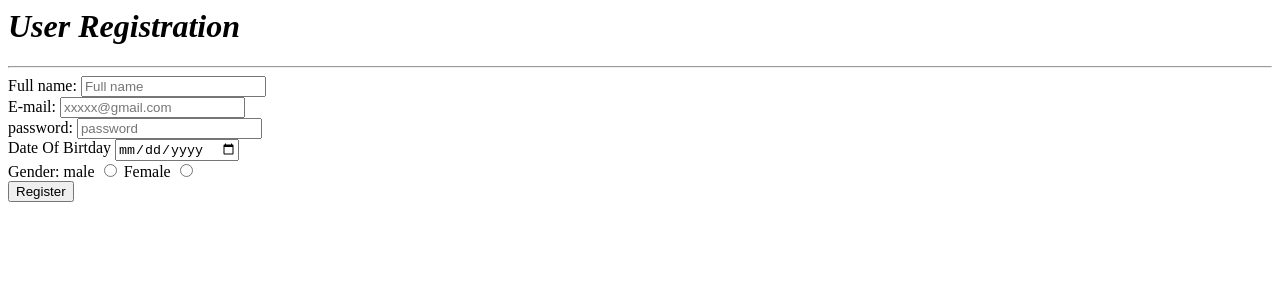
Repository: OrusuRatnamala/JAVA
Page: http://localhost/TrainWeb/registration.jsp
An editor plug-in stored every save of this project. The page is shown before and after the next save, followed by the edit.
The browser window is 1280 px wide. The pictures show the whole page.
The page is served by Tomcat 9. Other server files are loaded and not shown.

Above is the page before, as saved 2023-10-11 02:36:20.

### springdao/TrainWeb/src/main/webapp/registration.jsp
<html>
<head>
<title>Insert title here</title>
</head>
<body>
	<h1 class="title">
		<i>User Registration </i>
	</h1>
	<hr>
	<form method="post" action="register">
		<label class="1">Full name:</label> <input type="text"
			placeholder="Full name"> <br> <label>E-mail:</label> <input
			type="text" placeholder="xxxxx@gmail.com" id="Eid"> <br>
		<label>password:</label> <input type="password" name="password"
			placeholder="password"> <br> <label for="Birtday">Date
			Of Birtday</label> <input type="date" id="Birtday" value="Birtday"> <br>
		<label>Gender:</label> <label>male</label> <input type="radio"
			name="gender" id="male"> <label>Female</label> <input
			type="radio" name="gender" id="female"> <br> <input
			type="submit" name="button" value="Register"> <br>
	</form>
</body>
</html>

After the next save:
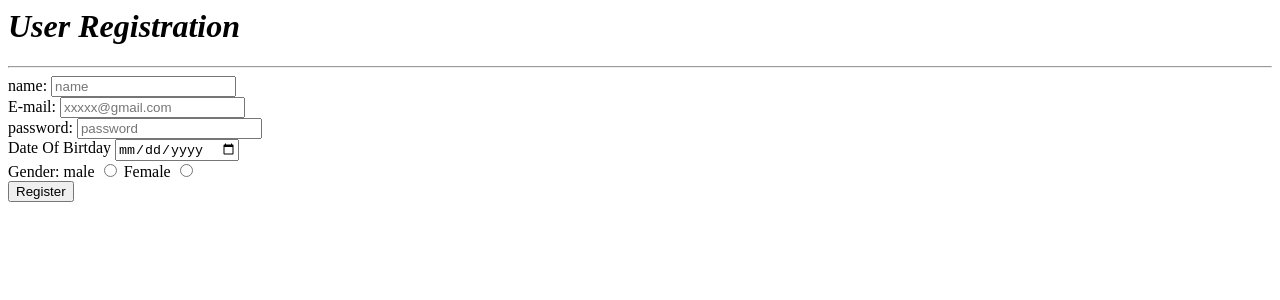
Saved 2 min 0 s later.
--- a/springdao/TrainWeb/src/main/webapp/registration.jsp
+++ b/springdao/TrainWeb/src/main/webapp/registration.jsp
@@ -8,16 +8,16 @@
 	</h1>
 	<hr>
 	<form method="post" action="register">
-		<label class="1">Full name:</label> <input type="text"
-			placeholder="Full name"> <br> <label>E-mail:</label> <input
-			type="text" placeholder="xxxxx@gmail.com" id="Eid"> <br>
-		<label>password:</label> <input type="password" name="password"
-			placeholder="password"> <br> <label for="Birtday">Date
-			Of Birtday</label> <input type="date" id="Birtday" value="Birtday"> <br>
-		<label>Gender:</label> <label>male</label> <input type="radio"
-			name="gender" id="male"> <label>Female</label> <input
-			type="radio" name="gender" id="female"> <br> <input
-			type="submit" name="button" value="Register"> <br>
+		<label class="1">name:</label> <input type="text" placeholder="name">
+		<br> <label>E-mail:</label> <input type="text"
+			placeholder="xxxxx@gmail.com" id="Eid"> <br> <label>password:</label>
+		<input type="password" name="password" placeholder="password">
+		<br> <label for="Birtday">Date Of Birtday</label> <input
+			type="date" id="Birtday" value="Birtday"> <br> <label>Gender:</label>
+		<label>male</label> <input type="radio" name="gender" id="male">
+		<label>Female</label> <input type="radio" name="gender" id="female">
+		<br> <input type="submit" name="button" value="Register">
+		<br>
 	</form>
 </body>
 </html>
